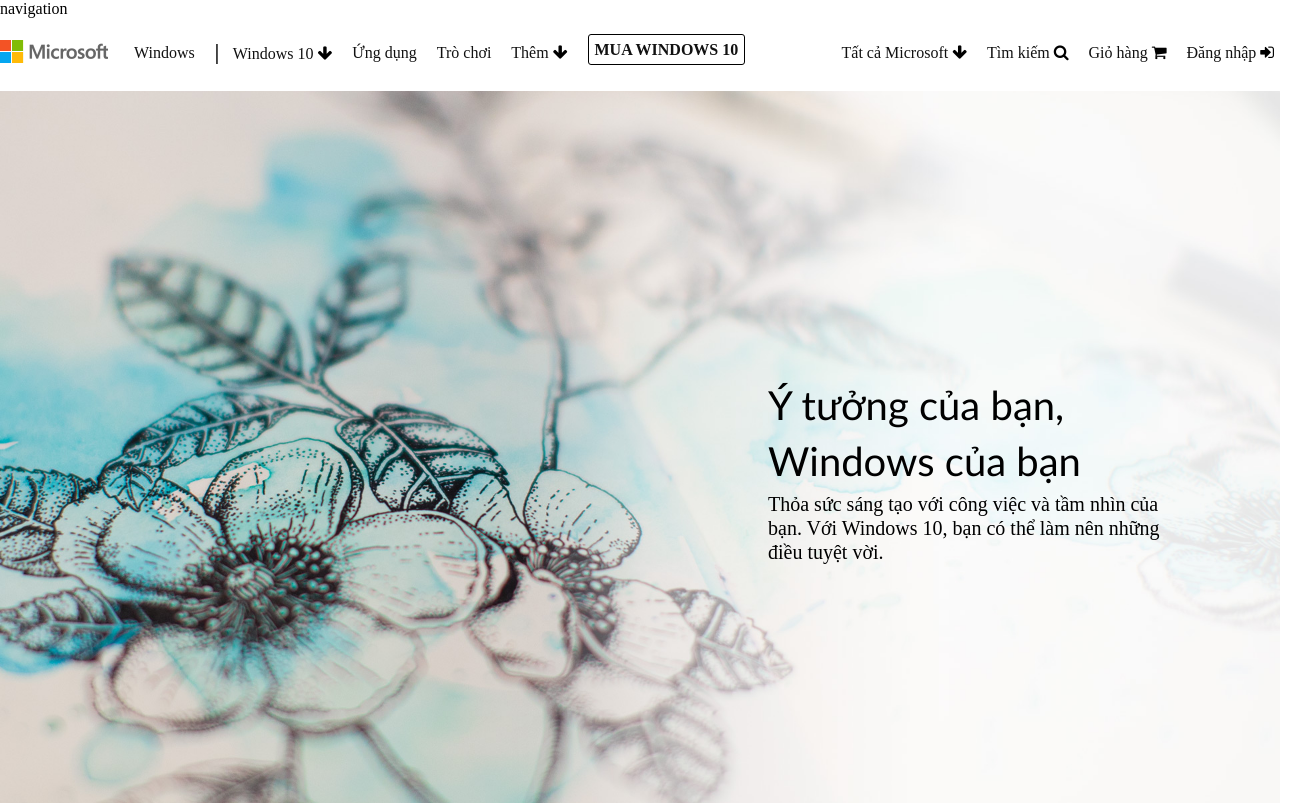
Repository: hoangphuong965/clone-Microsoft---practice
Page: index.html
An editor plug-in stored every save of this project. The page is shown before and after a run of saves, followed by the edit.
The browser window is 1280 px wide. The page is 1300 px wide, so the pictures cover 1300 px, including what lies to the right of the window. The pictures show the whole page.

Above is the page before, as saved 2020-06-08 22:58:54.

### index.html
<!DOCTYPE html>
<html lang="en">

<head>
    <meta charset="UTF-8">
    <meta name="viewport" content="width=device-width, initial-scale=1.0">
    <link rel="stylesheet" href="https://maxcdn.bootstrapcdn.com/font-awesome/4.7.0/css/font-awesome.min.css">
    <link rel="stylesheet" href="style.css">
    <title>Khám phá HĐH Windows 10 | Microsoft</title>
</head>

<body>
    <!-- <div class="menu-btn">
        <i class="fa fa-bars" aria-hidden="true"></i>
    </div> -->
    <div class="container">
        navigation
        <nav class="navigation">
            <div class="navigation-left">
                <ul>
                    <div class="logo">
                        <img src="img/logo.png" alt="">
                    </div>
                    <div class="navigation-left-item">
                        <li><a href="">Windows</a></li>
                        <li class="win10">
                            <a href="">Windows 10</a>
                            <i class="fa fa-arrow-down" aria-hidden="true"></i>
                        </li>
                        <li><a href="">Ứng dụng</a></li>
                        <li><a href="">Trò chơi</a></li>
                        <li>
                            <a href="">Thêm</a>
                            <i class="fa fa-arrow-down" aria-hidden="true"></i>
                        </li>
                        <li class="buy">
                            <a href="" id="buy-win">MUA WINDOWS 10</a>
                        </li>
                    </div>
                </ul>
            </div>
            <div class="navigation-right">
                <ul>
                    <div class="navigation-right-item">
                        <li>
                            <a href="">Tất cả Microsoft</a>
                            <i class="fa fa-arrow-down" aria-hidden="true"></i>
                        </li>
                        <li>
                            <a href="">Tìm kiếm</a>
                            <i class="fa fa-search" aria-hidden="true"></i>
                        </li>
                        <li>
                            <a href="">Giỏ hàng</a>
                            <i class="fa fa-shopping-cart" aria-hidden="true"></i>
                        </li>
                        <li>
                            <a href="">Đăng nhập</a>
                            <i class="fa fa-sign-in" aria-hidden="true"></i>
                        </li>
                    </div>
                </ul>
            </div>
        </nav>

        <!-- Showcase -->
        <header class="showcase">
            <div class="showcase-text">
                <h1>Ý tưởng của bạn, Windows của bạn</h1>
                <p>Thỏa sức sáng tạo với công việc và tầm nhìn của bạn. Với Windows 10, bạn có thể làm nên những điều
                    tuyệt vời.</p>
            </div>
        </header>
    </div>

</body>

</html>

### style.css
* {
  margin: 0;
  padding: 0;
  box-sizing: border-box;
}

.container {
  margin: auto;
}

a {
  text-decoration: none;
  color: #111111;
  padding-bottom: 2px;
}
a:hover {
  border-bottom: 2px solid black;
}
/* navigation */
.navigation {
  display: flex;
  justify-content: space-between;
  margin: auto;
  width: 1300px;
}
.logo img {
  margin-top: 1.4rem;
  max-width: none;
  width: 108px;
}
.navigation-right-item,
.navigation-left-item {
  display: flex;
  margin: 1rem;
}
.navigation-right-item li,
.navigation-left-item li {
  list-style: none;
  margin: 10px;
}
.navigation-right ul,
.navigation-left ul {
  display: flex;
}
.win10 {
  margin-top: 7px !important;
}
.win10::before {
  content: "|";
  margin-right: 10px;
  font-weight: bold;
  font-size: 20px;
}
.buy {
  border: 1px solid;
  border-radius: 3px;
  height: 31px;
  padding: 6px;
  margin-top: 0px !important;
  font-weight: 600;
}
#buy-win:hover {
  text-decoration: underline !important;
  border-bottom: none;
}

.showcase {
  position: relative;
  width: 100%;
  height: 712px;
  background: url(img/banner1.jpg) no-repeat center center/cover;
}
.showcase-text {
  position: absolute;
  width: 25rem;
  left: 60%;
  top: 35%;
}
.showcase-text h1 {
  font-size: 40px;
  line-height: 56px;
  padding: 37px 0 3px;
  font-weight: normal;
  font-family: 'Trebuchet MS', 'Lucida Sans Unicode', 'Lucida Grande', 'Lucida Sans', Arial, sans-serif;
}
.showcase-text p {
  font-size: 20px;
  line-height: 24px;
  font-family: 'Times New Roman', Times, serif;
}

After the next 2 saves:
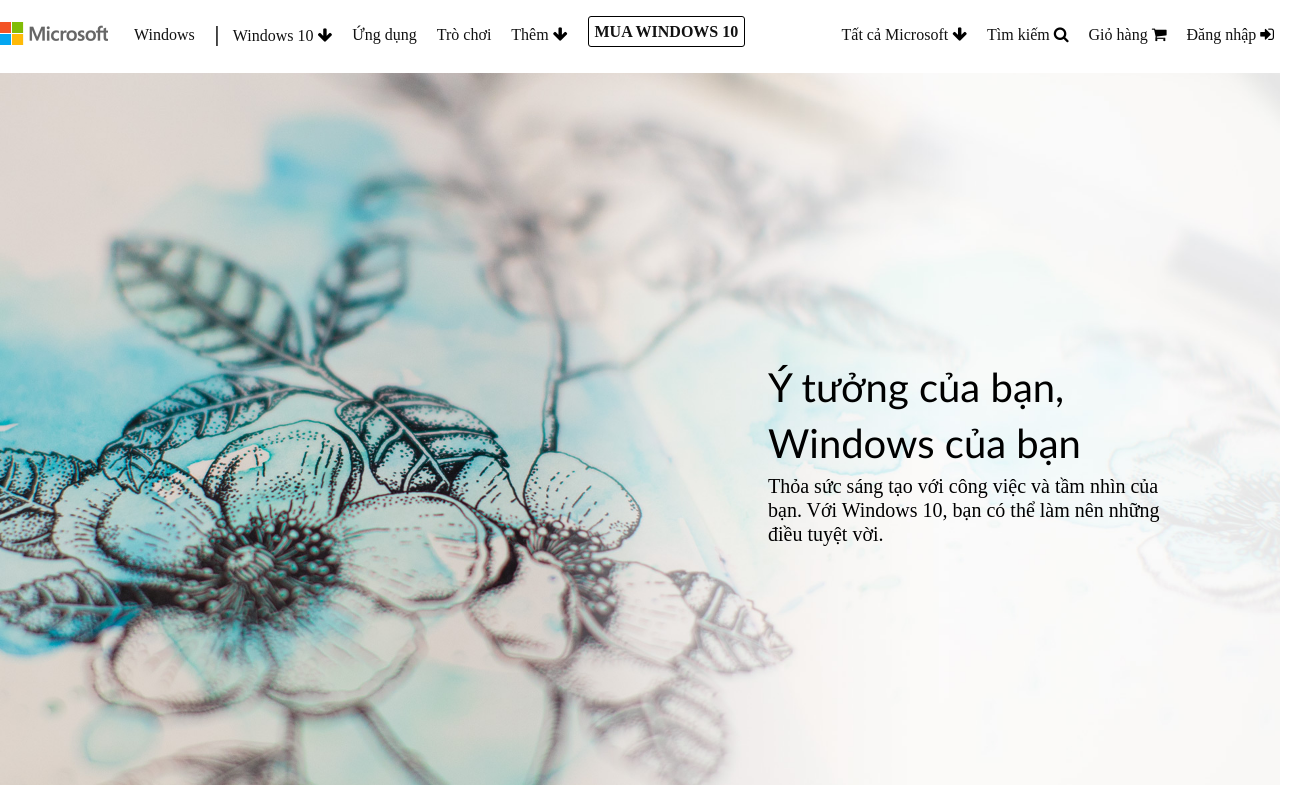
The 2 saves are shown as one change because they came seconds apart.
The last was saved 10 s later.
--- a/index.html
+++ b/index.html
@@ -14,7 +14,8 @@
         <i class="fa fa-bars" aria-hidden="true"></i>
     </div> -->
     <div class="container">
-        navigation
+
+        <!-- navigation -->
         <nav class="navigation">
             <div class="navigation-left">
                 <ul>
